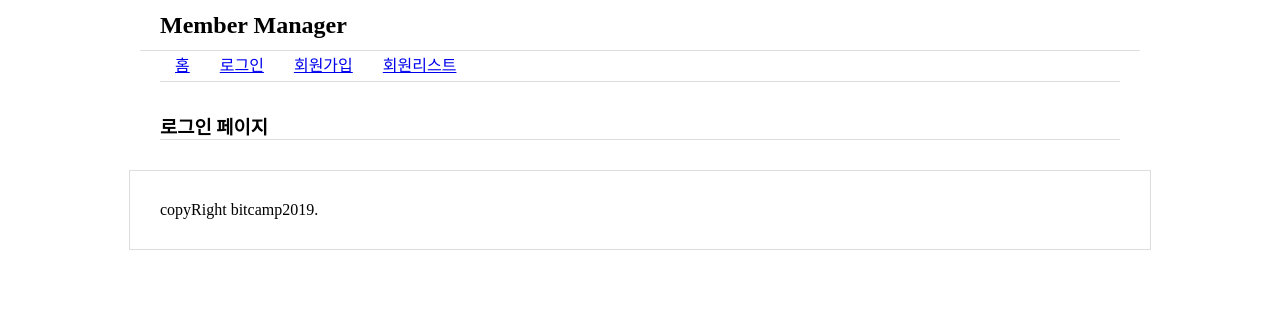
Repository: hhw9797/bitcampjn201904
Page: http://localhost/MemberManager/member/login.jsp
The author's editor kept a copy of each file at every save. The page is drawn from the files as they stood at one save, then again after the next save.
The browser window is 1280 px wide. The pictures show the whole page.
The page is served by Tomcat 9.

Above is the page before, as saved 2019-06-20 08:16:07.

After the next save:
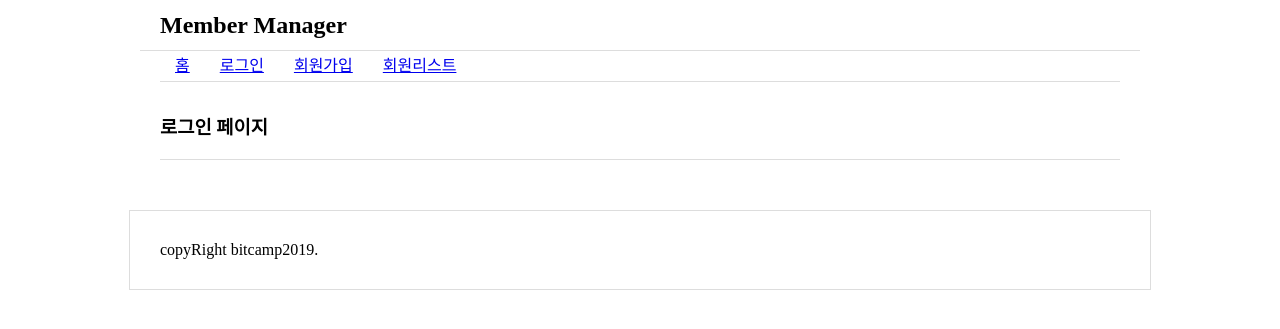
Saved 16 s later.
--- a/html/html5/jsp/MemberManager/WebContent/css/default.css
+++ b/html/html5/jsp/MemberManager/WebContent/css/default.css
@@ -41,6 +41,7 @@
 	hr {
 		border: 0;
 		border-bottom: 1px solid #DDD;
+		margin: 20px 0;
 	}
 
 	#footer {
